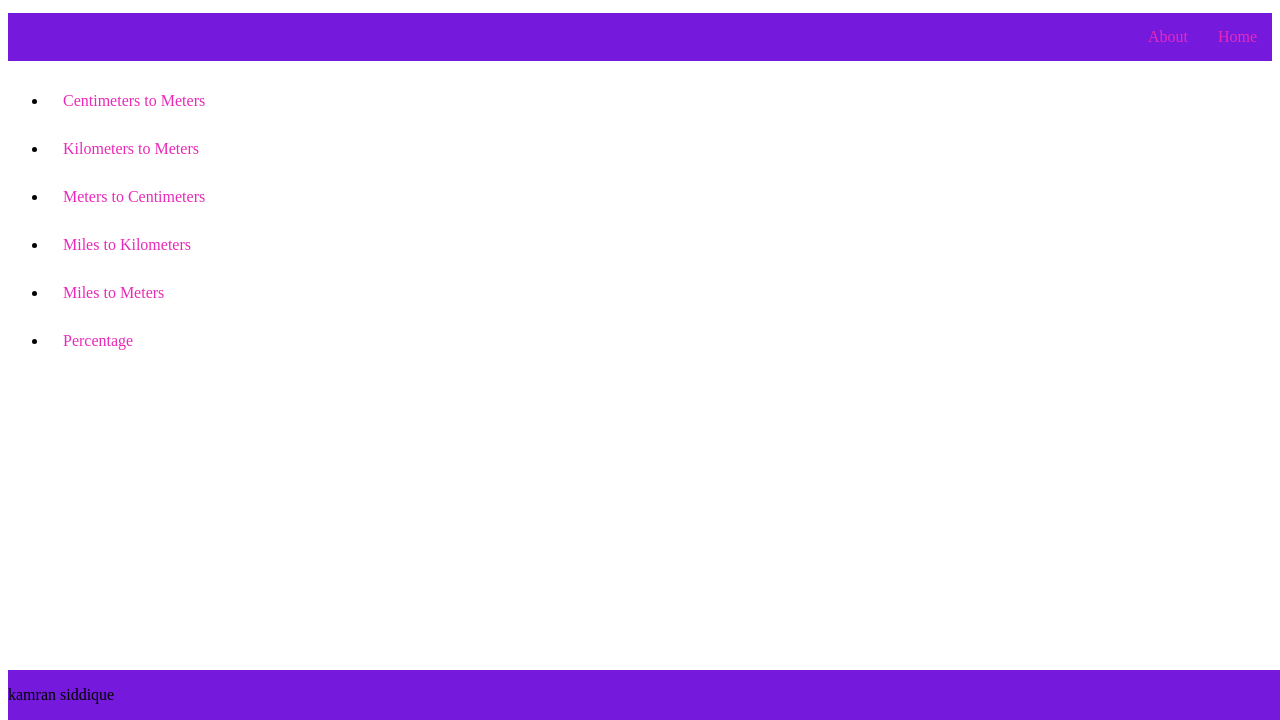
Repository: Kamrangujjar85112/Length-Converter
Page: html/home.html
An editor plug-in stored every save of this project. The page is shown before and after the next save, followed by the edit.
The browser window is 1280 px wide. The pictures show the whole page.

Above is the page before, as saved 2022-01-21 02:51:38.

### html/home.html
<!-- home -->
<!DOCTYPE html>
<html lang="en">
<head>
    <meta charset="UTF-8">
    <meta http-equiv="X-UA-Compatible" content="IE=edge">
    <meta name="viewport" content="width=device-width, initial-scale=1.0">
    <title>Home</title>
    <link rel="stylesheet" href="../css/style.css">

</head>
<body>
   <div class="header">
        <nav>
            <ul class="nav-ul">
                <li class="nav-li"><a href="#home">Home</a></li>
                <li class="nav-li"><a href="#about">About</a></li>
            </ul>
        </nav>
   </div>
   <div class="container">
       <ul>
           <li class="link">
               <a href="cm_km.html">Centimeters to Meters</a>
           </li>
           <li class="link">
               <a href="km_m.html">Kilometers to Meters</a>
           </li>
           <li class="link">
               <a href="m_cm.html">Meters to Centimeters</a>
           </li>
           <li class="link">
               <a href="mi_km.html">Miles to Kilometers</a>
           </li>
           <li class="link">
               <a href="mi_m.html">Miles to Meters</a>
           </li>
           <li class="link">
               <a href="percentage.html">Percentage</a>
           </li>
       </ul>
   </div>
   <div class="footer">
        <p>kamran siddique</p>
   </div>



</body>
</html>

### css/style.css
  body{
    padding-top: 5px;
    padding-bottom: 40px;
}
.header{
    top: 0;
    width: 100%;
    margin: 0;
    position: relative;

}
.nav-ul{
    list-style-type: none;
    margin: 0;
    padding: 0;
    overflow: hidden;
    background: rgb(117, 26, 221);
  }

  .nav-li {
    float: right;
  }

  li a {
    display: block;
    color: rgb(233, 41, 185);
    text-align:justify;
    padding: 15px 15px;
    text-decoration: none;
  }


  /* Change the link color to #111 (black) on hover */
  li a:hover {
    background-color: #CA7E6F;
  }
.footer{
    bottom: 0;
    width: 100%;
    margin: 0;
    padding: 0;
    position: fixed;
    overflow: hidden;
    background: rgb(117, 26, 221);
}
/* Some more styles to beutify this example */

After the next save:
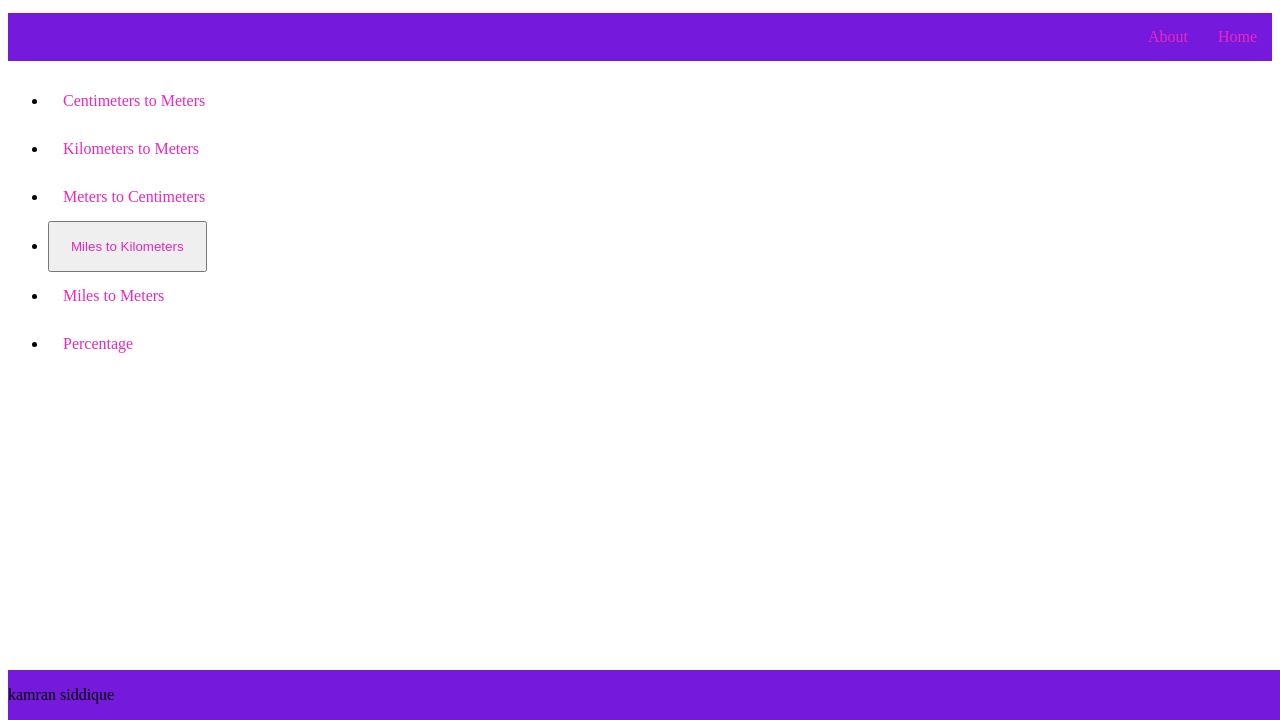
Saved 35 s later.
--- a/html/home.html
+++ b/html/home.html
@@ -30,7 +30,8 @@
                <a href="m_cm.html">Meters to Centimeters</a>
            </li>
            <li class="link">
-               <a href="mi_km.html">Miles to Kilometers</a>
+               <button><a href="mi_km.html">Miles to Kilometers</a></button>
+
            </li>
            <li class="link">
                <a href="mi_m.html">Miles to Meters</a>
